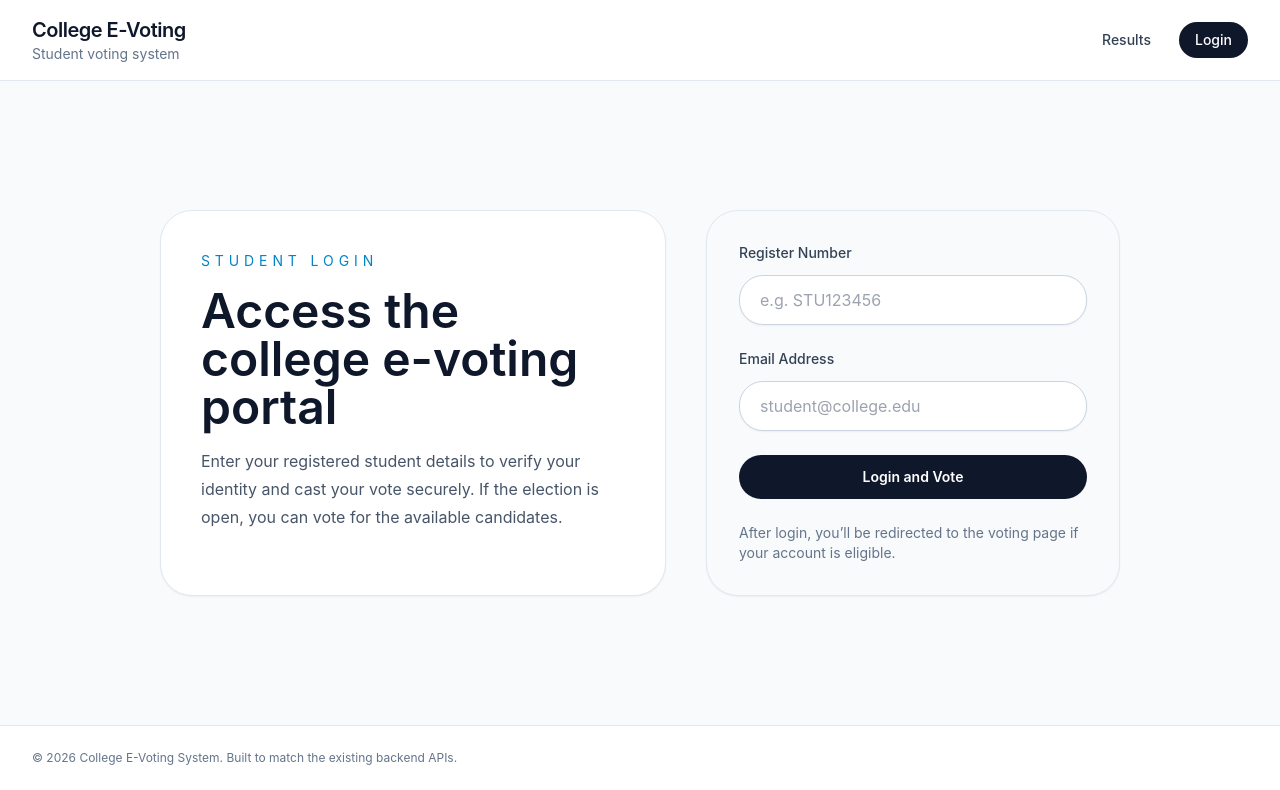
Repository: stackvern/college-evoting
Page: / (app in client/)
These files come from the project's save history. The page is drawn as it stood at one moment and after a run of saves; the edit follows.
The browser window is 1280 px wide. The pictures show the whole page.
The project was rebuilt for these pictures with package versions that can differ from the ones it lists, and the page was loaded fresh each time. Also part of the build but not shown: client/vite.config.js, client/src/components/ProtectedRoute.jsx, client/src/pages/VotePage.jsx, client/src/pages/ResultPage.jsx.

Above is the page before, as saved 2026-07-19 12:13:23.

After the next 2 saves:
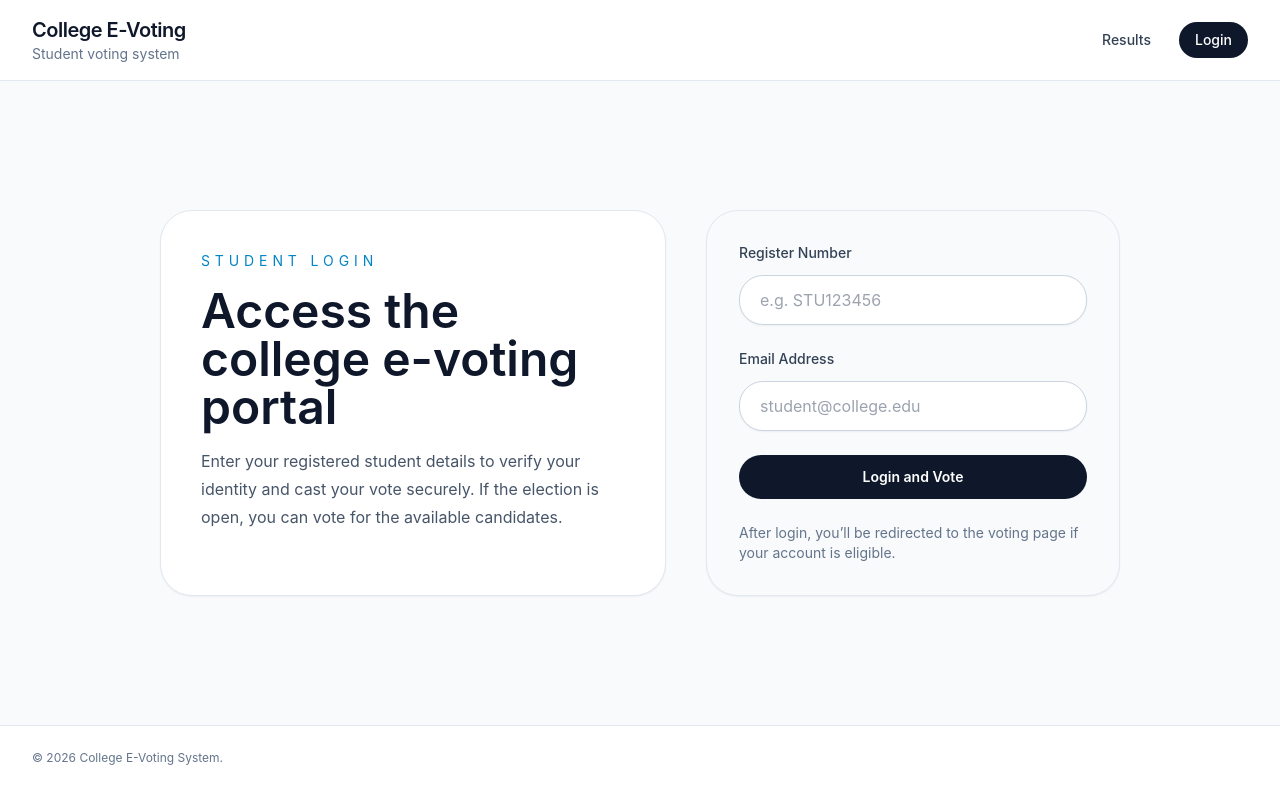
The 2 saves are shown as one change because they came seconds apart.
The last was saved 14 min 49 s later.
--- a/client/src/components/Layout.jsx
+++ b/client/src/components/Layout.jsx
@@ -47,7 +47,7 @@ const Layout = () => {
       </main>
       <footer className="border-t border-slate-200 bg-white py-6">
         <div className="mx-auto max-w-7xl px-4 text-xs text-slate-500 sm:px-6 lg:px-8">
-          © {new Date().getFullYear()} College E-Voting System. Built to match the existing backend APIs.
+          © {new Date().getFullYear()} College E-Voting System.
         </div>
       </footer>
     </div>
